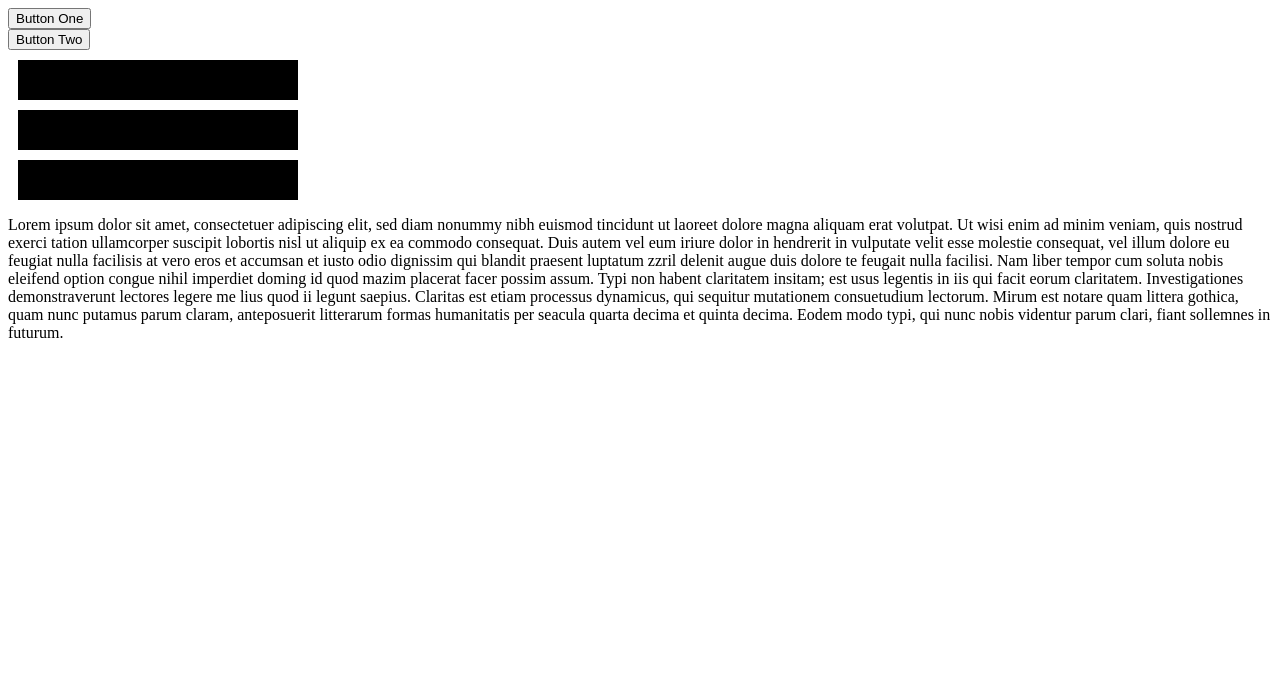
Repository: sheldon18/importance-of-this
Page: index.html
The author's editor kept a record of every edit. The page is drawn from the files as they stood at one moment, then again after the next edit.
The browser window is 1280 px wide. The pictures show the whole page.

Above is the page before.

After the next edit:
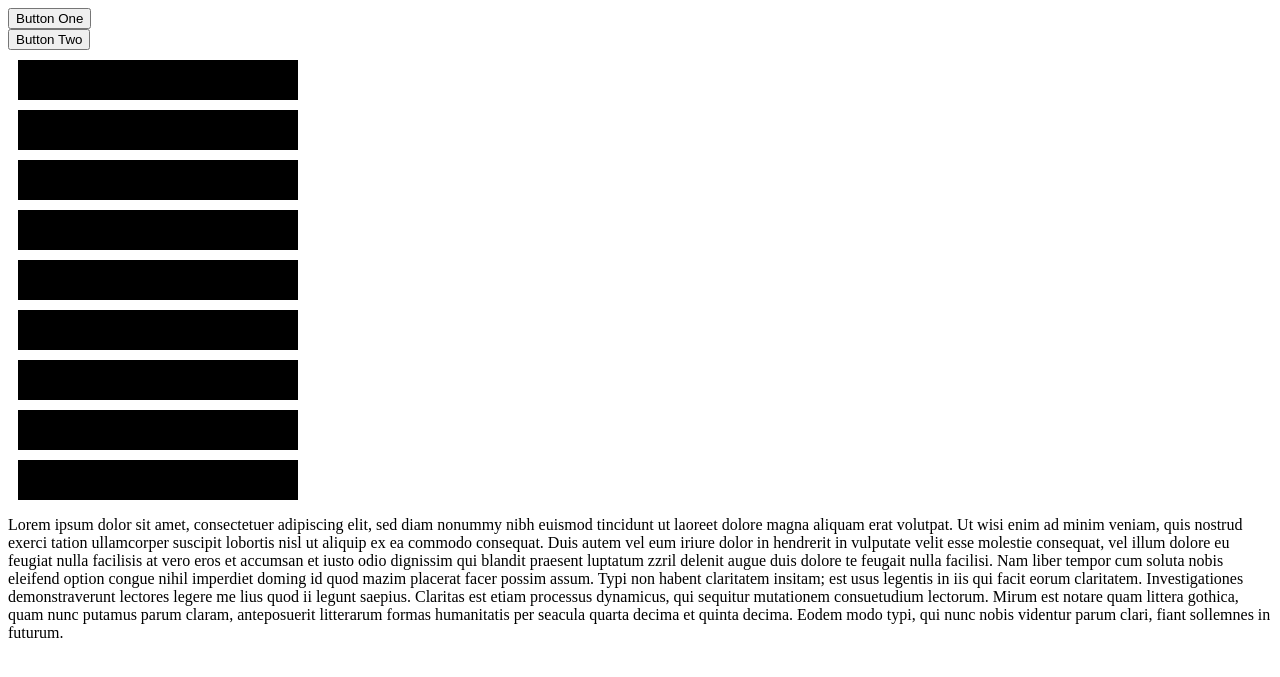
The edit:
--- a/index.html
+++ b/index.html
@@ -16,6 +16,20 @@
         <div class="card">
             <button>Button Two</button>
         </div>
+        <div class="box one">
+        </div>
+        <div class="box three">
+        </div>
+        <div class="box one">
+        </div>
+
+        <div class="box one">
+        </div>
+        <div class="box three">
+        </div>
+        <div class="box one">
+        </div>
+
         <div class="box one">
         </div>
         <div class="box three">
